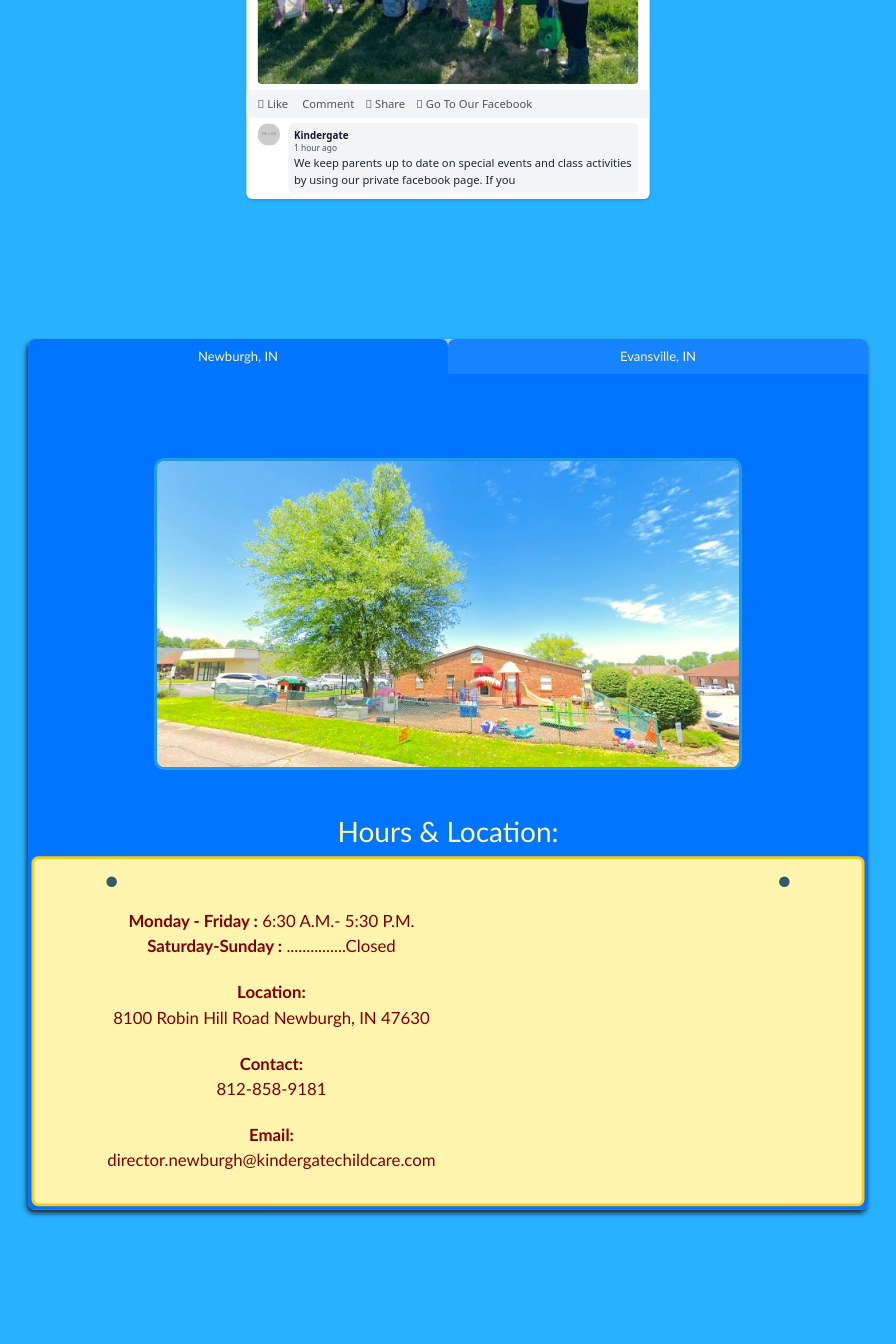
Repository: Parkerboling1/Kindergate-Final-Copy-copy
Page: index.html
The author's editor kept a copy of each file at every save. The page is drawn from the files as they stood at one save, then again after the next save.
The browser window is 1280 px wide. The pictures show the part of the page from y = 2643 to 4563 px (the page is 4785 px tall before and 4809 px after), at 70% of full size.
Pictures or frames that could not be fetched are drawn as grey boxes. Some web libraries are served in a nearby version.

Above is the page before, as saved 2024-06-04 12:42:10.
Console error: TypeError: Cannot read properties of null (reading 'addEventListener')

After the next save:
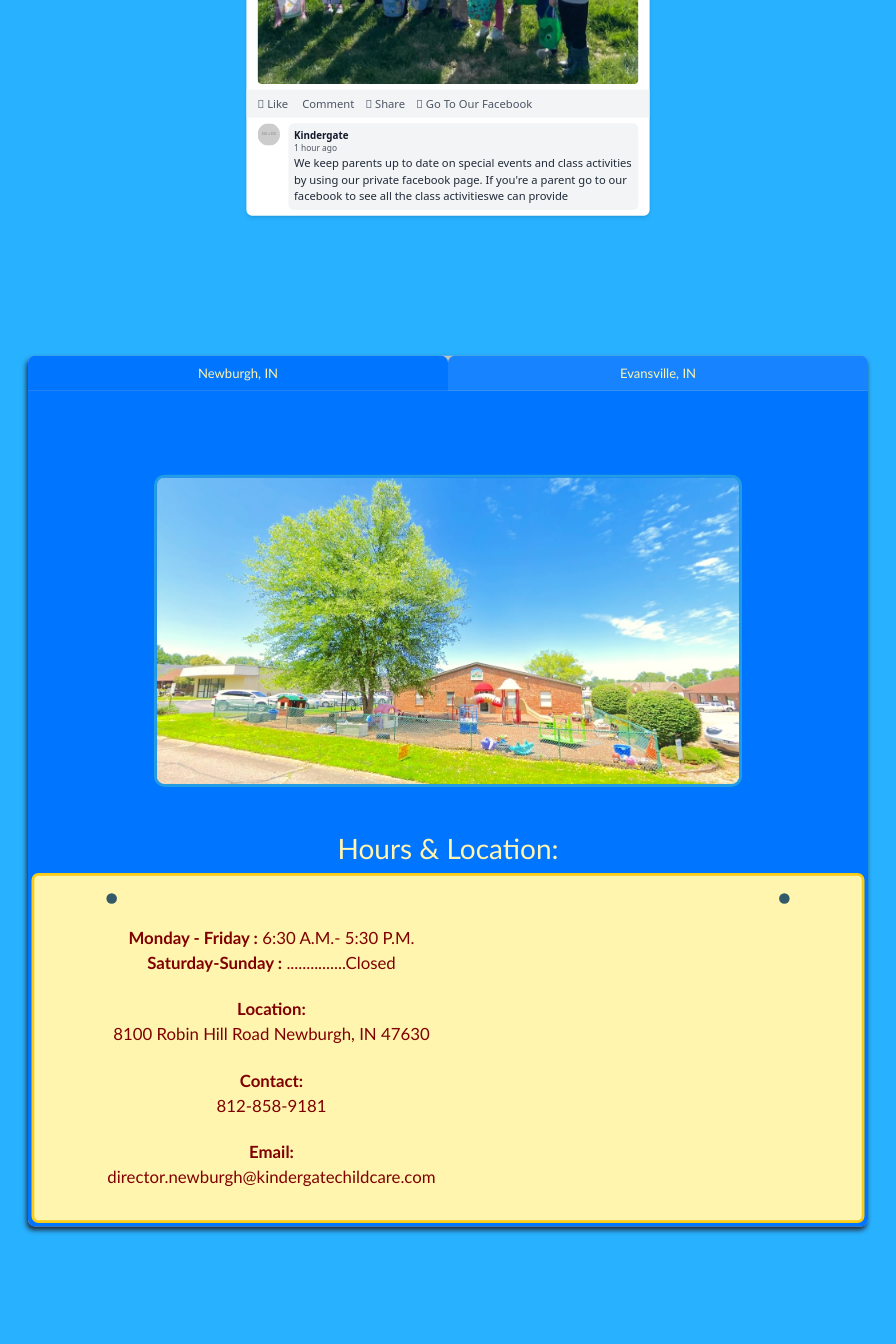
Saved 49 s later.
--- a/index.html
+++ b/index.html
@@ -241,7 +241,7 @@
                     <div class="bg-gray-100 p-2 rounded-lg">
                         <div class="text-sm font-semibold text-gray-900">Kindergate</div>
                         <div class="text-xs text-gray-600">1 hour ago</div>
-                        <p class="text-gray-800">We keep parents up to date on special events and class activities by using our private facebook page. If you </p>
+                        <p class="text-gray-800">We keep parents up to date on special events and class activities by using our private facebook page. If you're a parent go to our facebook to see all the class activitieswe can provide </p>
                     </div>
                 </div>
             </div>
